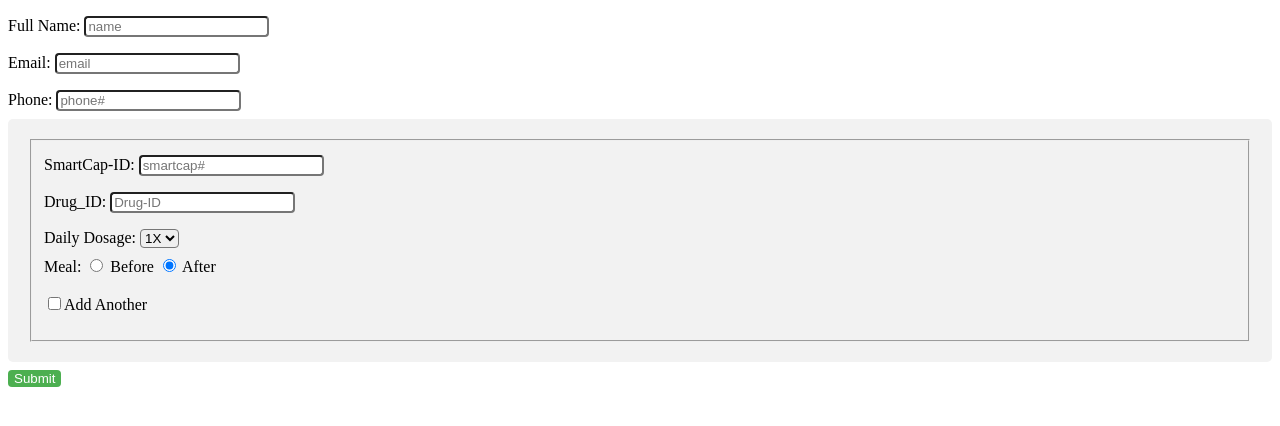
Repository: abhibroto0402/smartcap-service-node
Page: index.html
The author's editor kept a record of every edit. The page is drawn from the files as they stood at one moment, then again after the next edit.
The browser window is 1280 px wide. The pictures show the whole page.

Above is the page before.

After the next edit:
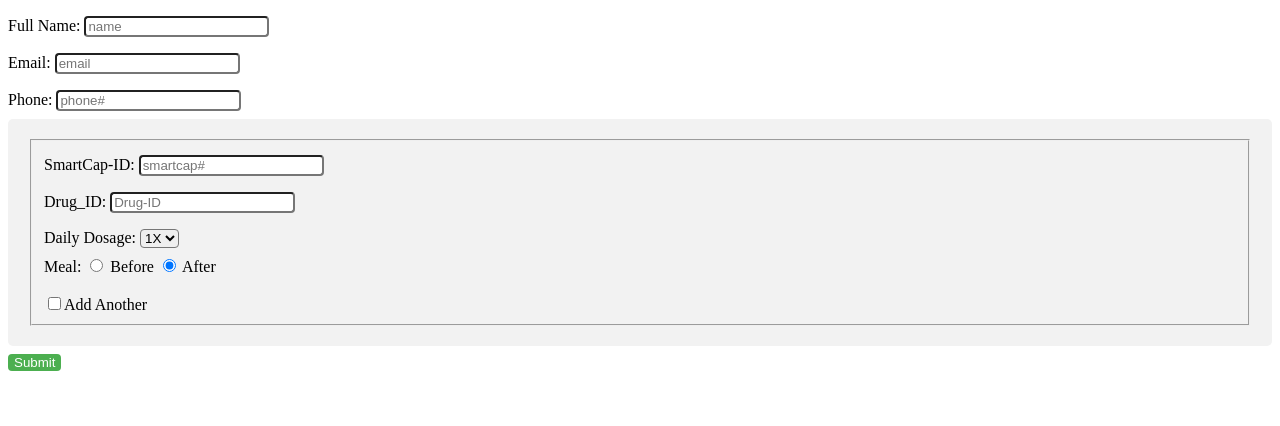
The edit:
--- a/index.html
+++ b/index.html
@@ -91,7 +91,7 @@
             <br>
             <input type="checkbox" name="add" onchange="addElements(this)">Add Another
             <br>
-        </p>
+        </fieldset>
     </div>
     <button type="submit">Submit</button>
 

After the 5 edits that followed:
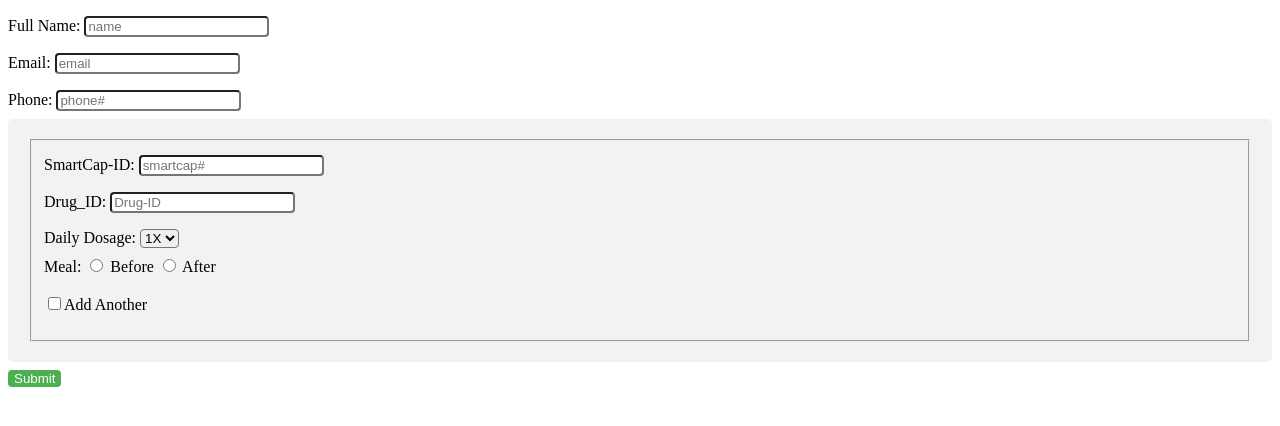
The 5 edits are shown as one change because 4 left the picture as it was.
The edit:
--- a/index.html
+++ b/index.html
@@ -26,10 +26,10 @@
         var parent = document.getElementById('files');
          var newElement = document.createElement('p');
          newElement.setAttribute('id', counter);
-         var html =  "SmartCap-ID: <input type=\"text\" placeholder=\"smartcap#\" name=\"smartcap\"> <br> ";
-         html= html + "Drug_ID: <input type=\"text\" placeholder=\"Drug-ID\" name=\"smartcap\" id=\"drug_id\"><br> ";
-         html= html + "Daily Dosage: <select name=\"smartcap\" id=\"Drug_ID\"><option value=\"1X\">1X</option><option value=\"2X\">2X</option><option value=\"3X\">3X</option><option value=\"4X\">4X</option></select><br>";
-         html = html + "Meal:<input type=\"radio\" name=\"smartcap\" id=\"Meal\" value=\"Before\"> Before<input type=\"radio\" name=\"smartcap\" id=\"Meal\" value=\"After\" checked=\"checked\"> After <br><br><input type=\"checkbox\" name=\"add\" onchange=\"addElements(this)\">Add Another<br>";
+         var html =  "SmartCap-ID: <input type=\"text\" placeholder=\"smartcap#\" name=\"smartcap["+ counter +"]\"> <br> ";
+         html= html + "Drug_ID: <input type=\"text\" placeholder=\"Drug-ID\" name=\"smartcap["+counter+"]\" id=\"drug_id\"><br> ";
+         html= html + "Daily Dosage: <select name=\"smartcap["+counter+"]\" id=\"Drug_ID\"><option value=\"1X\">1X</option><option value=\"2X\">2X</option><option value=\"3X\">3X</option><option value=\"4X\">4X</option></select><br>";
+         html = html + "Meal:<input type=\"radio\" name=\"smartcap["+counter+"]\" id=\"Meal\" value=\"Before\"> Before<input type=\"radio\" name=\"smartcap["+counter+"]\" id=\"Meal\" value=\"After\"> After <br><br><input type=\"checkbox\" name=\"add\" onchange=\"addElements(this)\">Add Another<br>";
          newElement.innerHTML =html;
          parent.appendChild(newElement);
 
@@ -76,22 +76,22 @@
     Email: <input type="email" placeholder="email" name="email" onblur="checkTextField(this)"><br>
     Phone: <input type="text" placeholder="phone#" name="phone" onblur="checkTextField(this)"><br>
     <div id="files">
-        <fieldset >
-            SmartCap-ID: <input type="text" placeholder="smartcap#" name="smartcap" onblur="checkTextField(this)"> <br>
-            Drug_ID: <input type="text" placeholder="Drug-ID" name="smartcap" id="drug_id" onblur="checkTextField(this)"><br>
-            Daily Dosage: <select name="smartcap" id="Drug_ID">
+        <fieldset id="0">
+            SmartCap-ID: <input type="text" placeholder="smartcap#" name="smartcap[0]" onblur="checkTextField(this)"> <br>
+            Drug_ID: <input type="text" placeholder="Drug-ID" name="smartcap[0]" id="drug_id" onblur="checkTextField(this)"><br>
+            Daily Dosage: <select name="smartcap[0]" id="Drug_ID">
                 <option value="1X">1X</option>
                 <option value="2X">2X</option>
                 <option value="3X">3X</option>
                 <option value="4X">4X</option>
             </select>
             <br> Meal:
-            <input type="radio" name="smartcap" id="Meal" value="Before"> Before
-            <input type="radio" name="smartcap" id="Meal" value="After" checked="checked"> After <br>
+            <input type="radio" name="smartcap[0]" id="Meal" value="Before"> Before
+            <input type="radio" name="smartcap[0]" id="Meal" value="After"> After <br>
             <br>
             <input type="checkbox" name="add" onchange="addElements(this)">Add Another
             <br>
-        </fieldset>
+        </p>
     </div>
     <button type="submit">Submit</button>
 
